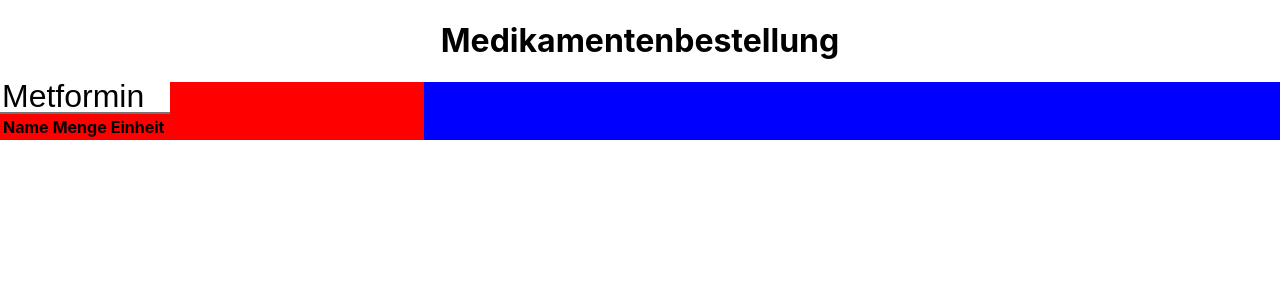
Repository: Esatollah/MedDemo
Page: / (app in client/)
These files come from the project's save history. The page is drawn as it stood at one moment and after a run of saves; the edit follows.
The browser window is 1280 px wide. The pictures show the whole page.
The page's requests for data from a server got no answer. The project was rebuilt for these pictures with package versions that can differ from the ones it lists, and the page was loaded fresh each time. No one was signed in, and anything a server would have sent is missing. Also part of the build but not shown: client/src/App.css.

Above is the page before, as saved 2022-05-31 17:33:04.

After the next 2 saves:
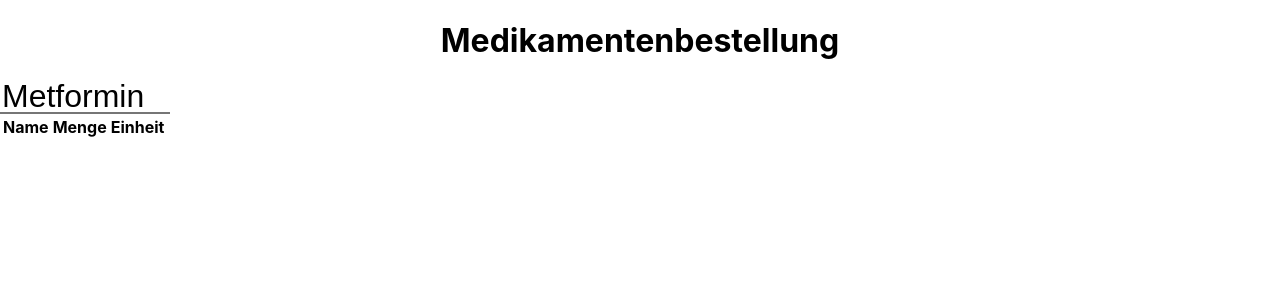
The 2 saves are shown as one change because they came seconds apart.
The last was saved 10 s later.
--- a/client/src/components/Search.css
+++ b/client/src/components/Search.css
@@ -21,10 +21,8 @@ h1 {
 
 .order-box {
     display: flex;
-    background-color: blue;
 }
 
 .search-box {
     max-width:50%;
-    background-color: red;
 }
